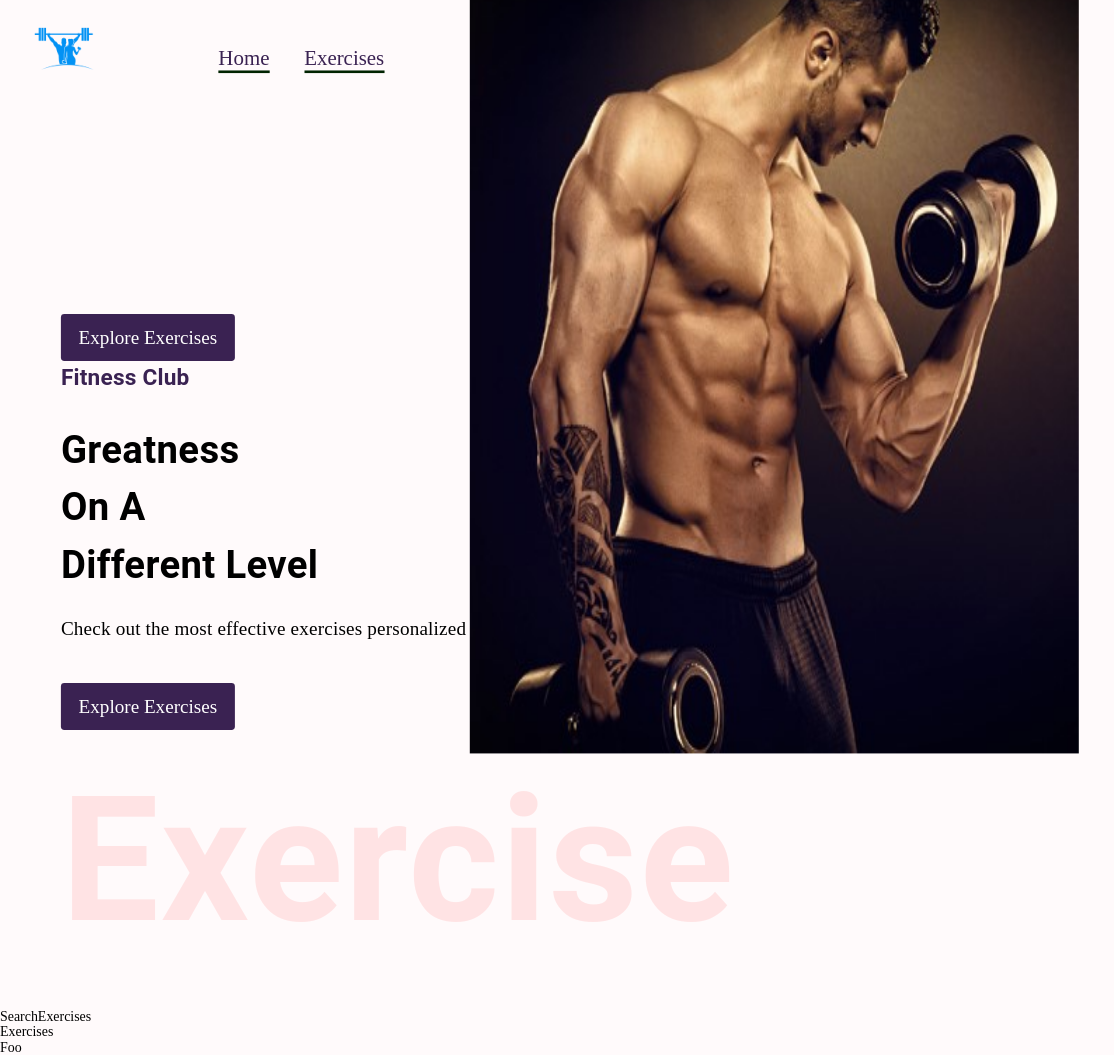
Repository: MhlengiNgubane/Workout-App
Page: /
The author's editor kept a copy of each file at every save. The page is drawn from the files as they stood at one save, then again after a run of saves.
The browser window is 1280 px wide. The pictures show the whole page, at 87% of full size.
The project was rebuilt for these pictures with package versions that can differ from the ones it lists, and the page was loaded fresh each time. Also part of the build but not shown: src/pages/ExerciseDetail.js.

Above is the page before, as saved 2022-08-01 09:07:20.

After the next 2 saves:
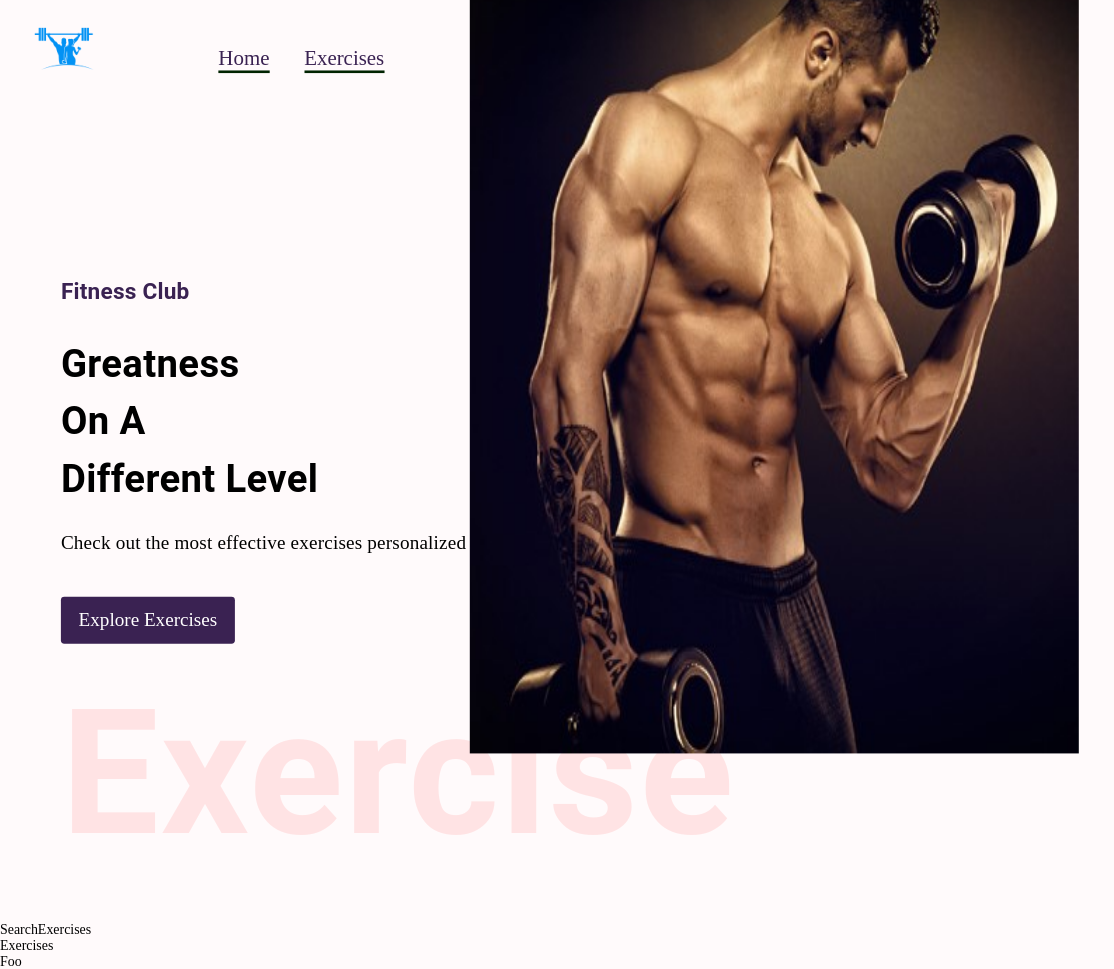
The 2 saves are shown as one change because they came seconds apart.
The last was saved 7 s later.
--- a/src/components/HeroBanner.js
+++ b/src/components/HeroBanner.js
@@ -4,9 +4,6 @@ import HeroBannerImage from '../assets/images/banner.png';
 
 const HeroBanner = () => (
   <Box sx={{ mt: { lg: '212px', xs: '70px' }, ml: { sm: '50px' } }} position="relative" p="20px">
-    <Stack alignItems="le">
-      <a href="exercises" style={{ marginTop: '45px', textDecoration: 'none', width: '200px', textAlign: 'center', background: '#3A2252', padding: '14px', fontSize: '22px', textTransform: 'none', color: 'white', borderRadius: '4px' }}>Explore Exercises</a>
-    </Stack>
     <Typography color="#3A2252" fontWeight="600" fontSize="26px">Fitness Club</Typography>
     <Typography fontWeight={700} sx={{ fontSize: { lg: '44px', xs: '40px' } }} mb="23px" mt="30px">
       Greatness <br /> On A <br />
